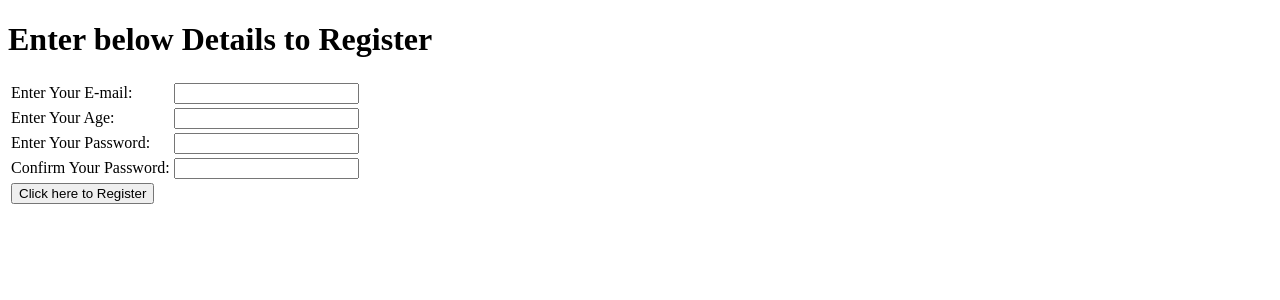
Repository: royalnavghans/JavaFullStackGit
Page: http://localhost/SpringAss2/WEB-INF/Register.jsp
An editor plug-in stored every save of this project. The page is shown before and after the next save, followed by the edit.
The browser window is 1280 px wide. The pictures show the whole page.
The page is served by Tomcat 9. Nobody is signed in. Other server files are loaded and not shown. The template is opened directly, without the code that normally fills it, so the values that code supplies are empty.

Above is the page before, as saved 2022-12-04 10:38:27.

### RoyalSpringProjects/RoyalSpringProjects/SpringAss2/src/main/webapp/WEB-INF/Register.jsp
<%@ page language="java" contentType="text/html; charset=ISO-8859-1"
	pageEncoding="ISO-8859-1"%>
<%@ taglib prefix="form" uri="http://www.springframework.org/tags/form"%>
<!DOCTYPE html>
<html>
<head>
<meta charset="ISO-8859-1">
<title>Insert title here</title>
</head>
<style type="text/css">
.error {
	color: red
}
</style>
<body>
	<h1>Enter below Details to Register</h1>
	<table>
		<tbody>
			<form:form action="validate" modelAttribute="cust">
				<tr>
					<td><form:label path="Email">Enter Your E-mail:</form:label></td>

					<td><form:input path="Email" /></td>
				</tr>
				<form:errors path="Email" cssClass="error" />
				<tr>
					<td><form:label path="Age">Enter Your Age:</form:label></td>

					<td><form:input path="Age" /></td>
				</tr>
				<form:errors path="Age" cssClass="error" />
				<tr>
					<td><form:label path="Password">Enter Your Password:</form:label></td>

					<td><form:input path="Password" /></td>
				</tr>
				<form:errors path="Password" cssClass="error" />
				<tr>
					<td><form:label path="ConfrmPassword">Confirm Your Password: </form:label></td>

					<td><form:input path="ConfrmPassword" /></td>
				</tr>
				<form:errors path="ConfrmPassword" cssClass="error" />
				<tr>
					<td><input type="submit" value="Click here to Register"></td>
				</tr>
			</form:form>
		</tbody>
	</table>
</body>
</html>

After the next save:
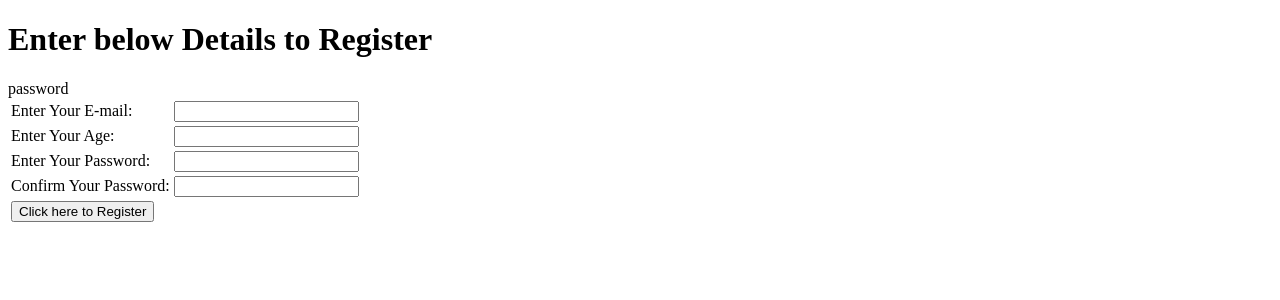
Saved 65 s later.
--- a/RoyalSpringProjects/RoyalSpringProjects/SpringAss2/src/main/webapp/WEB-INF/Register.jsp
+++ b/RoyalSpringProjects/RoyalSpringProjects/SpringAss2/src/main/webapp/WEB-INF/Register.jsp
@@ -32,7 +32,7 @@
 				<tr>
 					<td><form:label path="Password">Enter Your Password:</form:label></td>
 
-					<td><form:input path="Password" /></td>
+					<td><form:input path="Password" /></td><span>password</span>
 				</tr>
 				<form:errors path="Password" cssClass="error" />
 				<tr>
